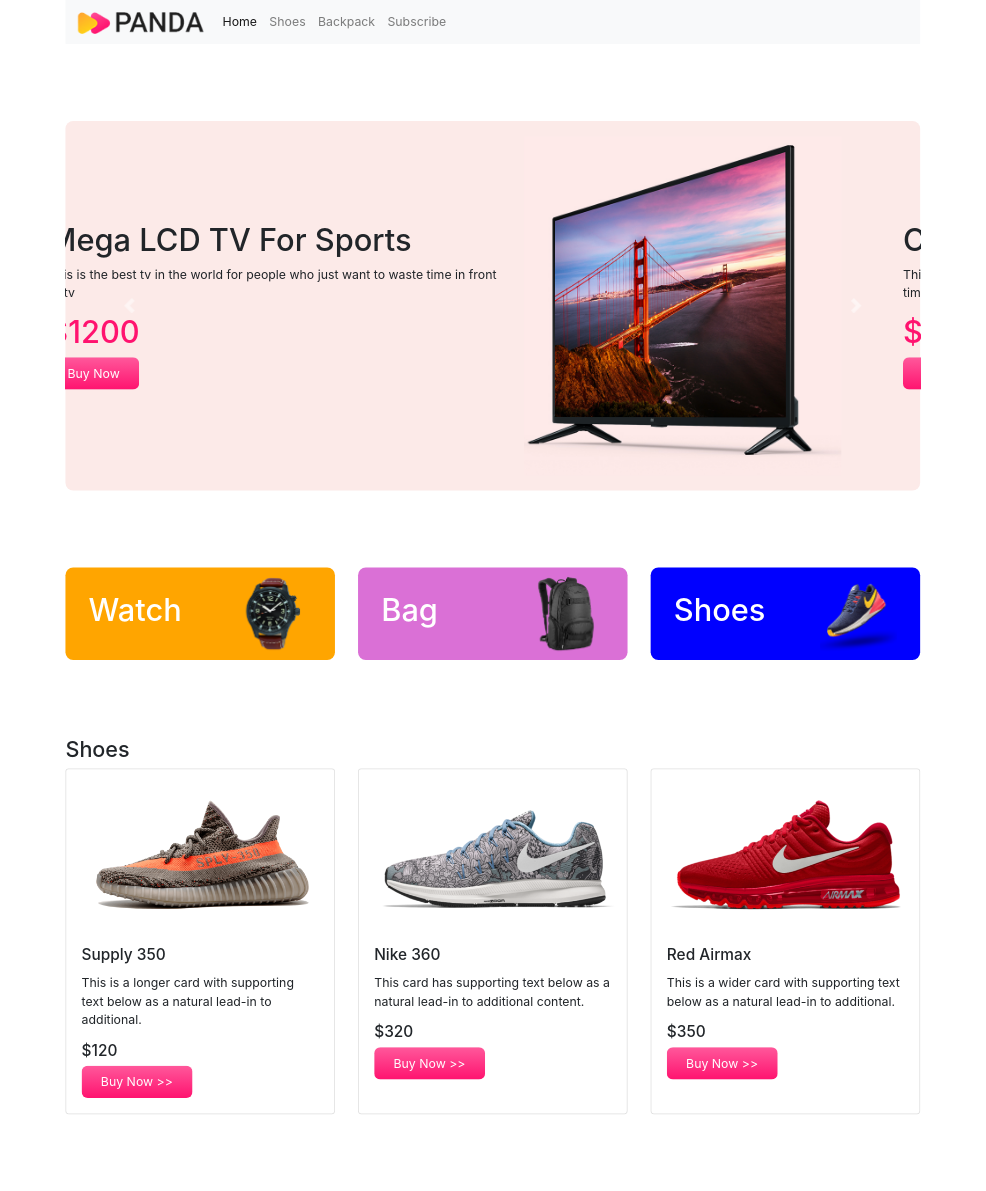
Repository: mohsinfarabi/panda-commerce
Page: index.html
An editor plug-in stored every save of this project. The page is shown before and after the next save, followed by the edit.
The browser window is 1280 px wide. The pictures show the whole page, at 77% of full size.

Above is the page before, as saved 2020-07-07 03:11:45.

### index.html
<!DOCTYPE html>
<html lang="en">

<head>
    <meta charset="UTF-8">
    <meta name="viewport" content="width=device-width, initial-scale=1.0">
    <title>Panda Commerce</title>
    <link rel="stylesheet" href="css/bootstrap/css/bootstrap.min.css">
    <link rel="stylesheet" href="style.css">
</head>

<body>
    <div class="container">
        <nav class="navbar navbar-expand-lg navbar-light bg-light">
            <a class="navbar-brand" href="#"><img src="images/logo.png" alt=""></a>
            <button class="navbar-toggler" type="button" data-toggle="collapse" data-target="#navbarNav" aria-controls="navbarNav" aria-expanded="false" aria-label="Toggle navigation">
              <span class="navbar-toggler-icon"></span>
            </button>
            <div class="collapse navbar-collapse" id="navbarNav">
                <ul class="navbar-nav">
                    <li class="nav-item active">
                        <a class="nav-link" href="#">Home <span class="sr-only">(current)</span></a>
                    </li>
                    <li class="nav-item">
                        <a class="nav-link" href="#shoes">Shoes</a>
                    </li>
                    <li class="nav-item">
                        <a class="nav-link" href="#backpack">Backpack</a>
                    </li>
                    <li class="nav-item">
                        <a class="nav-link" href="#subscribe">Subscribe</a>
                    </li>
                </ul>
            </div>
        </nav>
    </div>
    <div class="container">
        <div id="carouselExampleControls" class="carousel slide orange-bg" data-ride="carousel">
            <div class="carousel-inner">
                <div class="carousel-item active">
                    <div class="row align-items-center">
                        <div class="col-md-7">
                            <h1>Mega LCD TV For Sports</h1>
                            <p>This is the best tv in the world for people who just want to waste time in front of tv</p>
                            <h1 class="price">$1200</h1>
                            <button class="buy-now-button">Buy Now</button>
                        </div>
                        <div class="col-md-5">
                            <img src="images/banner-images/tv.png" class="d-block w-100" alt="...">
                        </div>
                    </div>
                </div>
                <div class="carousel-item">
                    <div class="row align-items-center">
                        <div class="col-md-7">
                            <h1>Cool Dude Headphone</h1>
                            <p>This is the best headdphone in the world for people who just want to waste time in front of funky world.</p>
                            <h1 class="price">$420</h1>
                            <button class="buy-now-button">Buy Now</button>
                        </div>
                        <div class="col-md-5">
                            <img src="images/banner-images/headphone.png" class="d-block w-100" alt="...">
                        </div>
                    </div>
                </div>
                <div class="carousel-item">
                    <div class="row align-items-center">
                        <div class="col-md-7">
                            <h1>Mega LCD TV For Sports</h1>
                            <p>This is the best x-box in the world for people who just want to waste time in front of fake sports.</p>
                            <h1 class="price">$600</h1>
                            <button class="buy-now-button">Buy Now</button>
                        </div>
                        <div class="col-md-5">
                            <img src="images/banner-images/xbox.png" class="d-block w-100" alt="...">
                        </div>
                    </div>
                </div>
            </div>
            <a class="carousel-control-prev" href="#carouselExampleControls" role="button" data-slide="prev">
                <span class="carousel-control-prev-icon" aria-hidden="true"></span>
                <span class="sr-only">Previous</span>
            </a>
            <a class="carousel-control-next" href="#carouselExampleControls" role="button" data-slide="next">
                <span class="carousel-control-next-icon" aria-hidden="true"></span>
                <span class="sr-only">Next</span>
            </a>
        </div>
    </div>

    <div class="container categories">
        <div class="row">
            <div class="col-md-4">
                <div class="d-flex justify-content-between align-items-center cat1">
                    <h1>Watch</h1>
                    <img src="images/categories/watch.png" alt="">
                </div>
            </div>
            <div class="col-md-4">
                <div class="d-flex justify-content-between align-items-center cat2">
                    <h1>Bag</h1>
                    <img src="images/categories/bag.png" alt="">
                </div>
            </div>
            <div class="col-md-4">
                <div class="d-flex justify-content-between align-items-center cat3">
                    <h1>Shoes</h1>
                    <img src="images/categories/shoes.png" alt="">
                </div>
            </div>
        </div>
    </div>

    <div class="container shoes" id="shoes">
        <h3>Shoes</h3>
        <div class="card-deck">
            <div class="card">
                <img src="images/shoes/shoe-1.png" class="card-img-top" alt="...">
                <div class="card-body">
                    <h5 class="card-title">Supply 350</h5>
                    <p class="card-text">This is a longer card with supporting text below as a natural lead-in to additional.</p>
                    <h5>$120</h5>
                    <button class="buy-now-button">Buy Now >></button>
                </div>
            </div>
            <div class="card">
                <img src="images/shoes/shoe-2.png" class="card-img-top" alt="...">
                <div class="card-body">
                    <h5 class="card-title">Nike 360</h5>
                    <p class="card-text">This card has supporting text below as a natural lead-in to additional content.</p>
                    <h5>$320</h5>
                    <button class="buy-now-button">Buy Now >></button>
                </div>
            </div>
            <div class="card">
                <img src="images/shoes/shoe-3.png" class="card-img-top" alt="...">
                <div class="card-body">
                    <h5 class="card-title">Red Airmax</h5>
                    <p class="card-text">This is a wider card with supporting text below as a natural lead-in to additional.</p>
                    <h5>$350</h5>
                    <button class="buy-now-button">Buy Now >></button>
                </div>
            </div>
        </div>
    </div>

    <script src="https://code.jquery.com/jquery-3.5.1.slim.min.js" integrity="sha384-DfXdz2htPH0lsSSs5nCTpuj/zy4C+OGpamoFVy38MVBnE+IbbVYUew+OrCXaRkfj" crossorigin="anonymous"></script>
    <script src="https://cdn.jsdelivr.net/npm/popper.js@1.16.0/dist/umd/popper.min.js" integrity="sha384-Q6E9RHvbIyZFJoft+2mJbHaEWldlvI9IOYy5n3zV9zzTtmI3UksdQRVvoxMfooAo" crossorigin="anonymous"></script>
    <script src="https://stackpath.bootstrapcdn.com/bootstrap/4.5.0/js/bootstrap.min.js" integrity="sha384-OgVRvuATP1z7JjHLkuOU7Xw704+h835Lr+6QL9UvYjZE3Ipu6Tp75j7Bh/kR0JKI" crossorigin="anonymous"></script>
</body>

</html>

### style.css
.container {
    margin-bottom: 100px;
}

.orange-bg {
    background-color: #fceae8;
    border-radius: 10px;
}

.carousel-item {
    padding: 20px 40px;
}

.price {
    color: #ff136f;
}

.buy-now-button {
    background-image: linear-gradient(to bottom, #FF589B 0%, #FF136F 100%);
    color: #fff;
    border: none;
    border-radius: 8px;
    padding: 9px 25px;
    cursor: pointer;
}

.cat1,
.cat2,
.cat3 {
    padding: 10px 30px;
    border-radius: 10px;
}

.cat1 {
    background-color: orange;
}

.cat2 {
    background-color: orchid;
}

.cat3 {
    background-color: blue;
}

.categories h1 {
    color: white;
}

.categories img {
    width: 100px;
}

Loaded but not shown: css/bootstrap/css/bootstrap.min.css (library)

After the next save:
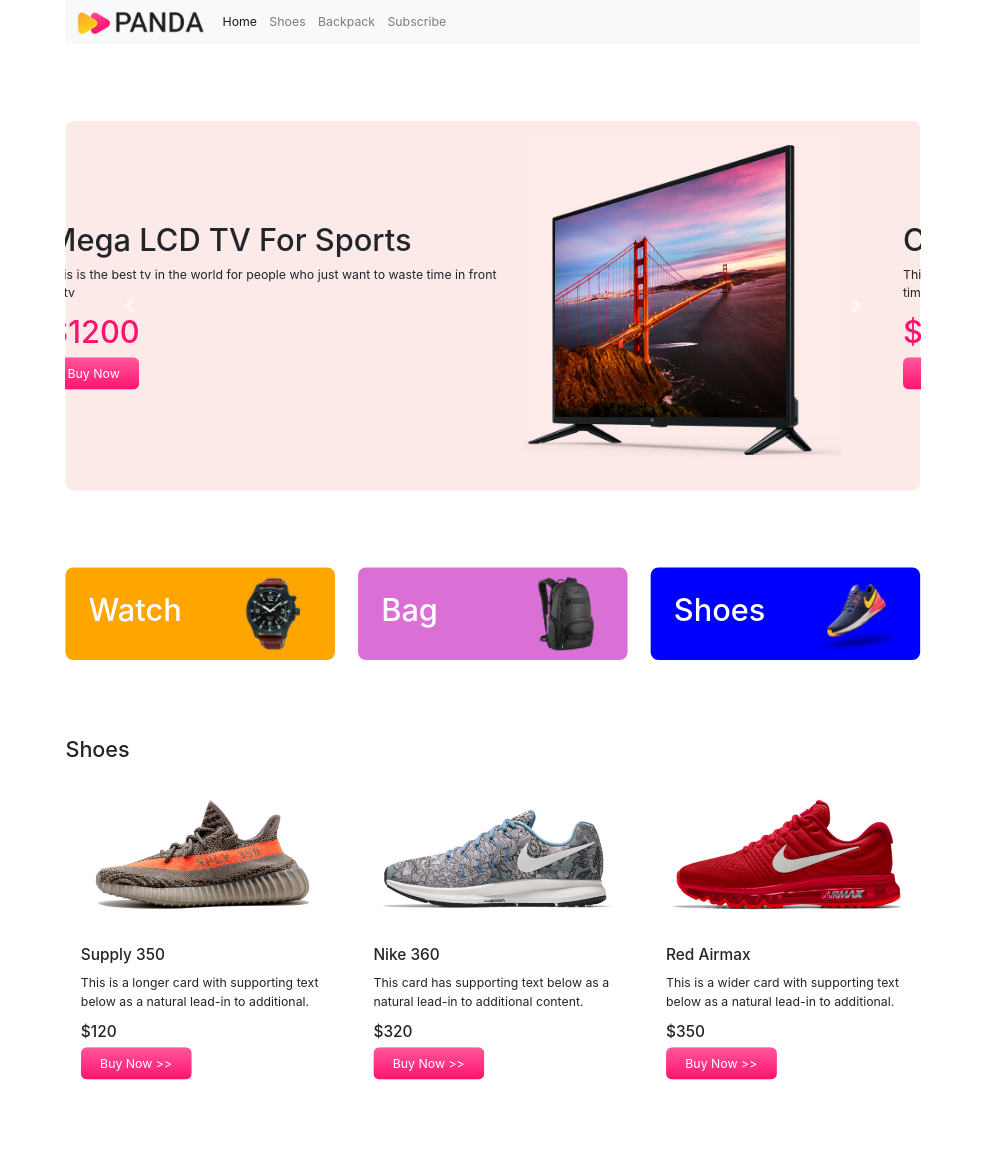
Saved 83 s later.
--- a/style.css
+++ b/style.css
@@ -50,3 +50,7 @@
 .categories img {
     width: 100px;
 }
+
+.card {
+    border: none;
+}
